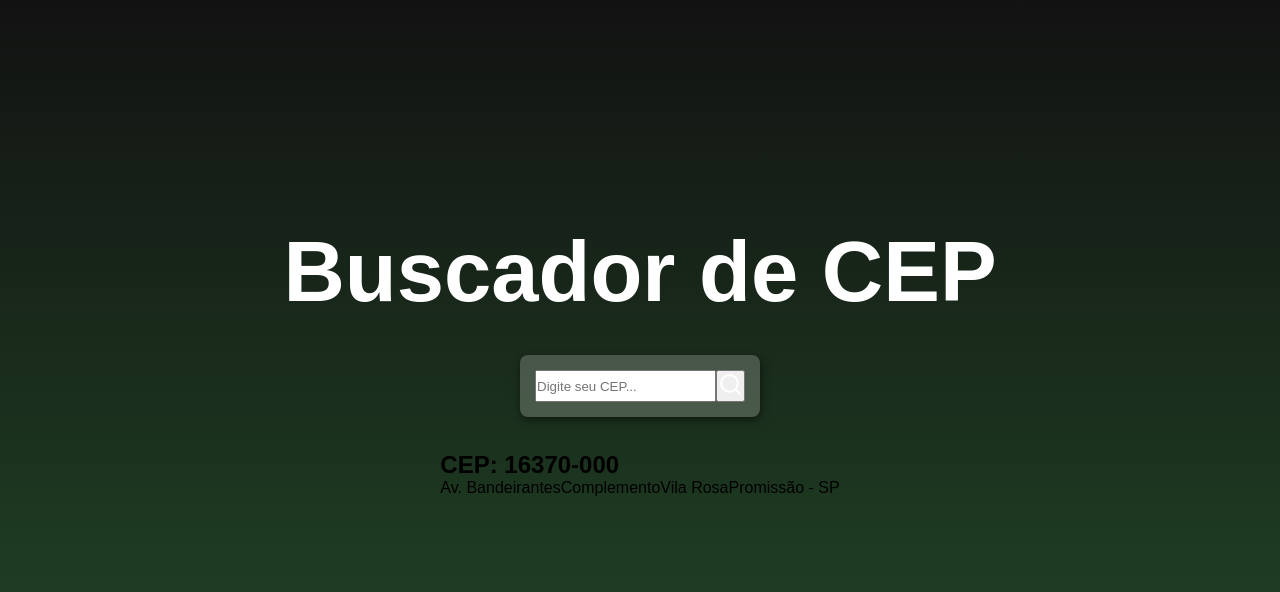
Repository: guipolo09/buscador-de-cep
Page: /
These files come from the project's save history. The page is drawn as it stood at one moment and after the next save; the edit follows.
The browser window is 1280 px wide. The pictures show the whole page.
The project was rebuilt for these pictures with package versions that can differ from the ones it lists, and the page was loaded fresh each time.

Above is the page before, as saved 2022-06-26 12:03:23.

After the next save:
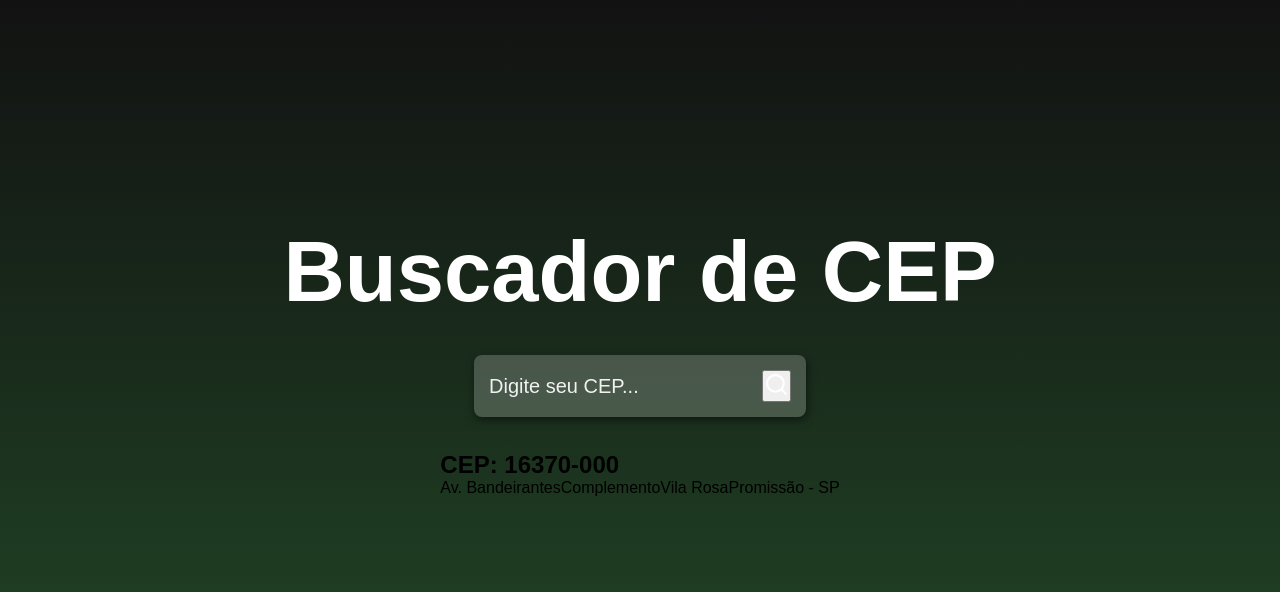
Saved 117 s later.
--- a/src/styles.css
+++ b/src/styles.css
@@ -30,3 +30,16 @@
   border-radius: 8px;
   box-shadow: 1px 3px 8px rgba(0, 0, 0, 0.5);
 }
+
+.containerInput input {
+  background-color: transparent;
+  border: 0;
+  font-size: 20px;
+  color: #fff;
+  outline: none;
+  margin-right: 8px;
+}
+
+.containerInput input::placeholder {
+  color: #f1f1f1;
+}
